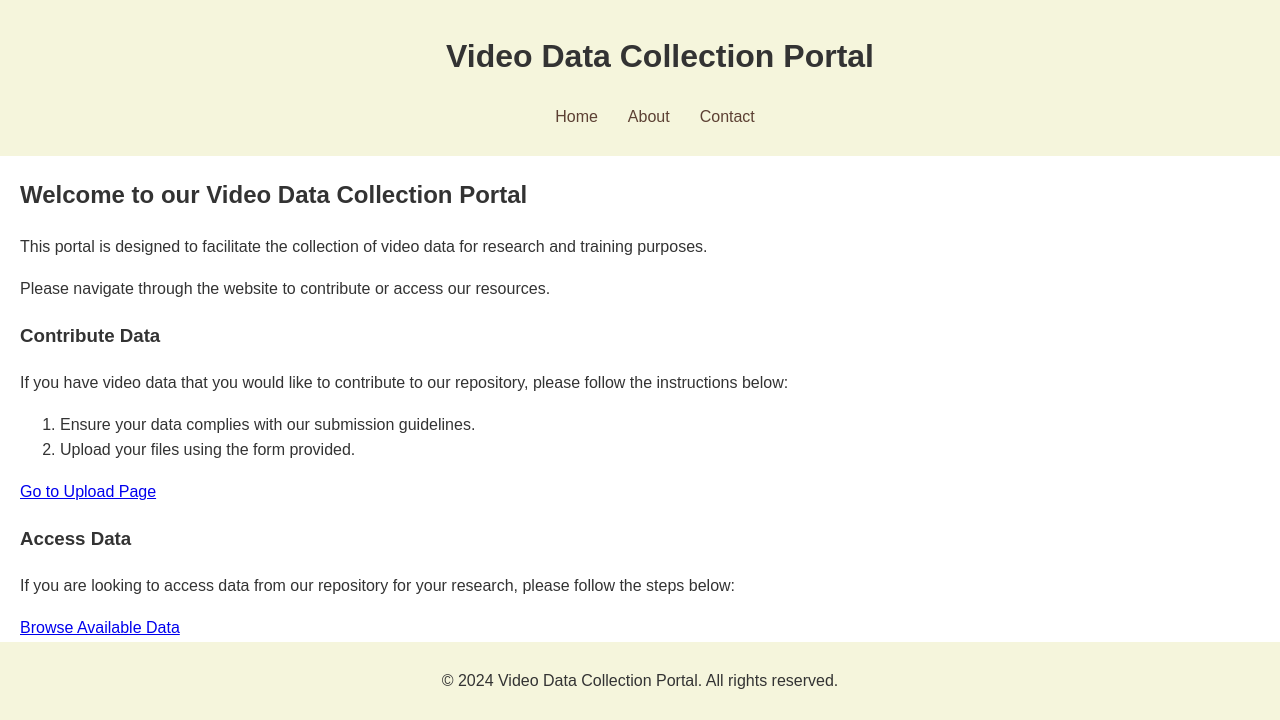
Repository: Oren93/sign_lang_data
Page: / (app in frontend/sign-lang-ui/)
These files come from the project's save history. The page is drawn as it stood at one moment and after the next save; the edit follows.
The browser window is 1280 px wide. The pictures show the whole page.
The project was rebuilt for these pictures with package versions that can differ from the ones it lists, and the page was loaded fresh each time. Also part of the build but not shown: frontend/sign-lang-ui/vite.config.ts, frontend/sign-lang-ui/src/pages/About.tsx, frontend/sign-lang-ui/src/pages/Contact.tsx, frontend/sign-lang-ui/src/pages/Upload.module.css, frontend/sign-lang-ui/src/pages/Upload.tsx, frontend/sign-lang-ui/src/pages/Record.module.css, frontend/sign-lang-ui/src/pages/Record.tsx, frontend/sign-lang-ui/src/pages/ThankYou.tsx.

Above is the page before, as saved 2024-06-10 15:06:10.

After the next save:
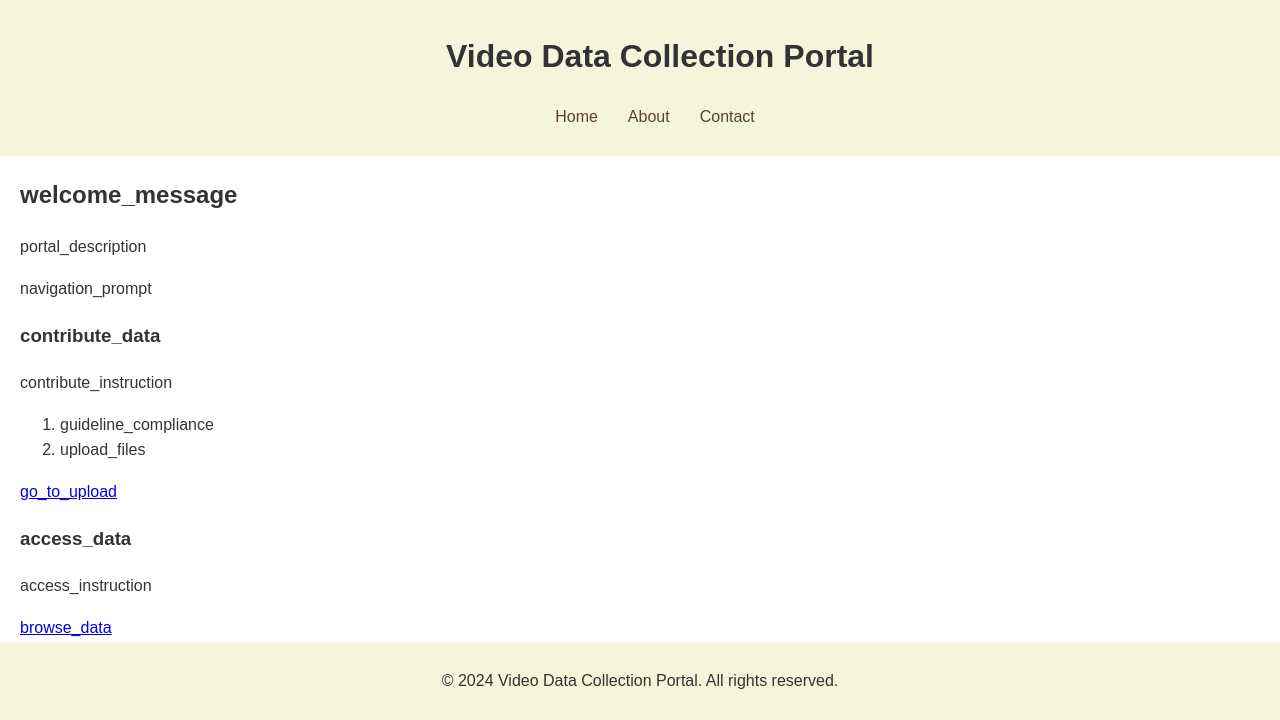
Saved 17 min 58 s later.
--- a/frontend/sign-lang-ui/src/pages/Home.tsx
+++ b/frontend/sign-lang-ui/src/pages/Home.tsx
@@ -1,4 +1,5 @@
 // src/pages/Home.tsx
+import { t } from 'i18next';
 import React from 'react';
 import { Link } from 'react-router-dom';
 
@@ -6,23 +7,23 @@
   return (
     <main>
       <section>
-        <h2>Welcome to our Video Data Collection Portal</h2>
-        <p>This portal is designed to facilitate the collection of video data for research and training purposes.</p>
-        <p>Please navigate through the website to contribute or access our resources.</p>
+        <h2>{t('welcome_message')}</h2>
+        <p>{t('portal_description')}</p>
+        <p>{t('navigation_prompt')}</p>
       </section>
       <section>
-        <h3>Contribute Data</h3>
-        <p>If you have video data that you would like to contribute to our repository, please follow the instructions below:</p>
+        <h3>{t('contribute_data')}</h3>
+        <p>{t('contribute_instruction')}</p>
         <ol>
-          <li>Ensure your data complies with our submission guidelines.</li>
-          <li>Upload your files using the form provided.</li>
+          <li>{t('guideline_compliance')}</li>
+          <li>{t('upload_files')}</li>
         </ol>
-        <Link to="/upload">Go to Upload Page</Link>
+        <Link to="/upload">{t('go_to_upload')}</Link>
       </section>
       <section>
-        <h3>Access Data</h3>
-        <p>If you are looking to access data from our repository for your research, please follow the steps below:</p>
-        <Link to="/browse">Browse Available Data</Link>
+        <h3>{t('access_data')}</h3>
+        <p>{t('access_instruction')}</p>
+        <Link to="/browse">{t('browse_data')}</Link>
       </section>
     </main>
   );

After the 2 saves that followed:
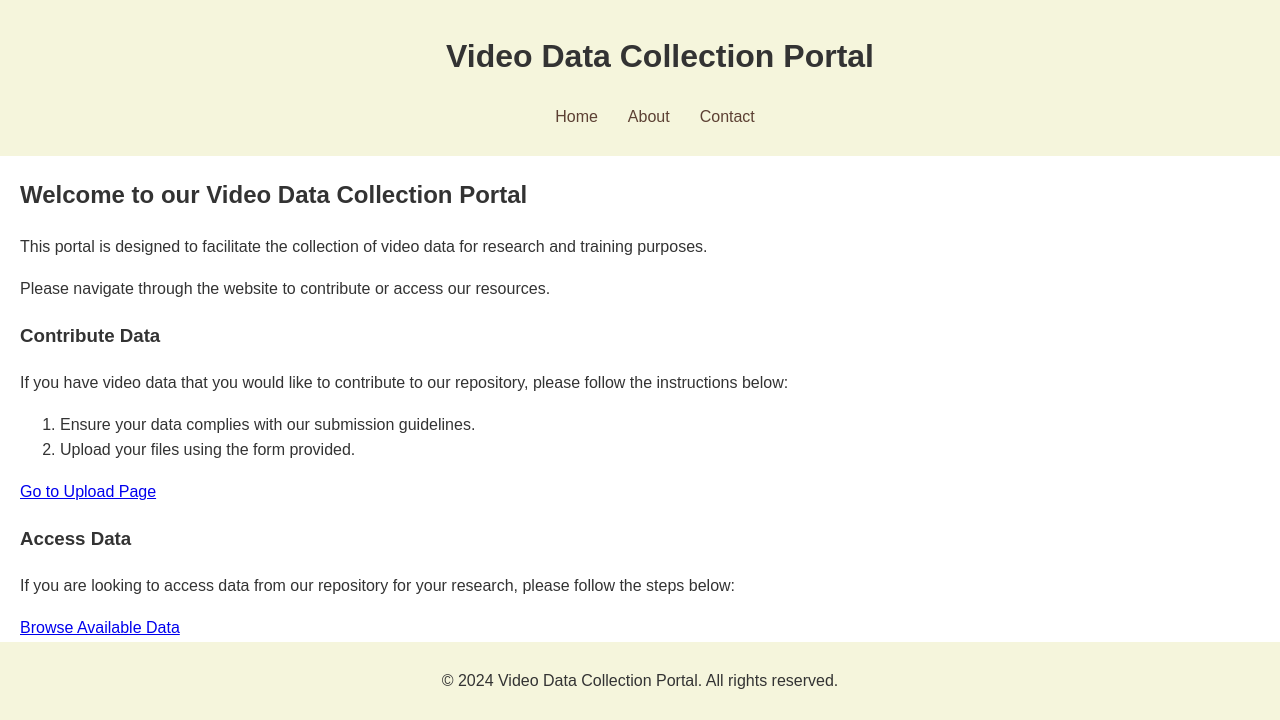
The 2 saves are shown as one change because 1 left the picture as it was.
The last was saved 79 s later.
--- a/frontend/sign-lang-ui/src/pages/Home.tsx
+++ b/frontend/sign-lang-ui/src/pages/Home.tsx
@@ -1,9 +1,12 @@
 // src/pages/Home.tsx
-import { t } from 'i18next';
+import { useTranslation } from 'react-i18next';
 import React from 'react';
 import { Link } from 'react-router-dom';
 
 const Home: React.FC = () => {
+
+  const { t } = useTranslation();
+
   return (
     <main>
       <section>
--- a/frontend/sign-lang-ui/src/locales/en/translation.json
+++ b/frontend/sign-lang-ui/src/locales/en/translation.json
@@ -21,7 +21,21 @@
     "pre_req1": "Ensure you are in a well-lit environment.",
     "pre_req2": "Position the camera so that your hands and face are clearly visible.",
     "pre_req3": "Make sure there are no background noise.",
-    "pre_req4": "Familiarize yourself with the words you will be signing."
+    "pre_req4": "Familiarize yourself with the words you will be signing.",
+    "start": "Let's Start!!",
+
+
+    "welcome_message": "Welcome to our Video Data Collection Portal",
+    "portal_description": "This portal is designed to facilitate the collection of video data for research and training purposes.",
+    "navigation_prompt": "Please navigate through the website to contribute or access our resources.",
+    "contribute_data": "Contribute Data",
+    "contribute_instruction": "If you have video data that you would like to contribute to our repository, please follow the instructions below:",
+    "guideline_compliance": "Ensure your data complies with our submission guidelines.",
+    "upload_files": "Upload your files using the form provided.",
+    "go_to_upload": "Go to Upload Page",
+    "access_data": "Access Data",
+    "access_instruction": "If you are looking to access data from our repository for your research, please follow the steps below:",
+    "browse_data": "Browse Available Data"
 
 
   }
